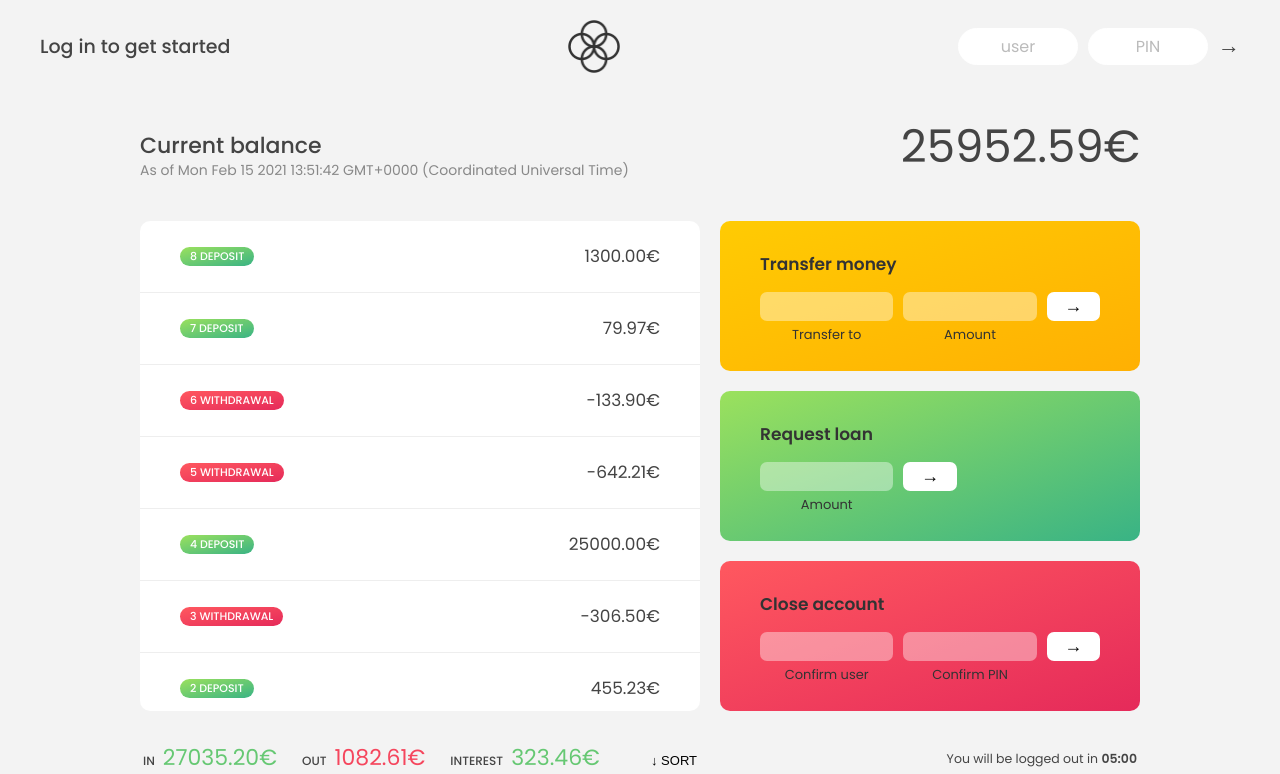
Repository: Samkiroko/Dateas-Number-Timers
Page: starter/index.html
An editor plug-in stored every save of this project. The page is shown before and after the next save, followed by the edit.
The browser window is 1280 px wide. The pictures show the whole page.
An inner scrolling area shows only its first screen.

Above is the page before, as saved 2021-03-20 08:46:55.

### starter/index.html
<!DOCTYPE html>
<html lang="en">
  <head>
    <meta charset="UTF-8" />
    <meta name="viewport" content="width=device-width, initial-scale=1.0" />
    <meta http-equiv="X-UA-Compatible" content="ie=edge" />
    <link rel="shortcut icon" type="image/png" href="/icon.png" />

    <link
      href="https://fonts.googleapis.com/css?family=Poppins:400,500,600&display=swap"
      rel="stylesheet"
    />

    <link rel="stylesheet" href="style.css" />
    <title>Bankist</title>
  </head>
  <body>
    <!-- TOP NAVIGATION -->
    <nav>
      <p class="welcome">Log in to get started</p>
      <img src="logo.png" alt="Logo" class="logo" />
      <form class="login">
        <input
          type="text"
          placeholder="user"
          class="login__input login__input--user"
        />
        <!-- In practice, use type="password" -->
        <input
          type="text"
          placeholder="PIN"
          maxlength="4"
          class="login__input login__input--pin"
        />
        <button class="login__btn">&rarr;</button>
      </form>
    </nav>

    <main class="app">
      <!-- BALANCE -->
      <div class="balance">
        <div>
          <p class="balance__label">Current balance</p>
          <p class="balance__date">
            As of <span class="date">05/03/2037</span>
          </p>
        </div>
        <p class="balance__value">0000€</p>
      </div>

      <!-- MOVEMENTS -->
      <div class="movements">
        <div class="movements__row">
          <div class="movements__type movements__type--deposit">2 deposit</div>
          <div class="movements__date">3 days ago</div>
          <div class="movements__value">4 000€</div>
        </div>
        <div class="movements__row">
          <div class="movements__type movements__type--withdrawal">
            1 withdrawal
          </div>
          <div class="movements__date">24/01/2037</div>
          <div class="movements__value">-378€</div>
        </div>
      </div>

      <!-- SUMMARY -->
      <div class="summary">
        <p class="summary__label">In</p>
        <p class="summary__value summary__value--in">0000€</p>
        <p class="summary__label">Out</p>
        <p class="summary__value summary__value--out">0000€</p>
        <p class="summary__label">Interest</p>
        <p class="summary__value summary__value--interest">0000€</p>
        <button class="btn--sort">&downarrow; SORT</button>
      </div>

      <!-- OPERATION: TRANSFERS -->
      <div class="operation operation--transfer">
        <h2>Transfer money</h2>
        <form class="form form--transfer">
          <input type="text" class="form__input form__input--to" />
          <input type="number" class="form__input form__input--amount" />
          <button class="form__btn form__btn--transfer">&rarr;</button>
          <label class="form__label">Transfer to</label>
          <label class="form__label">Amount</label>
        </form>
      </div>

      <!-- OPERATION: LOAN -->
      <div class="operation operation--loan">
        <h2>Request loan</h2>
        <form class="form form--loan">
          <input type="number" class="form__input form__input--loan-amount" />
          <button class="form__btn form__btn--loan">&rarr;</button>
          <label class="form__label form__label--loan">Amount</label>
        </form>
      </div>

      <!-- OPERATION: CLOSE -->
      <div class="operation operation--close">
        <h2>Close account</h2>
        <form class="form form--close">
          <input type="text" class="form__input form__input--user" />
          <input
            type="password"
            maxlength="6"
            class="form__input form__input--pin"
          />
          <button class="form__btn form__btn--close">&rarr;</button>
          <label class="form__label">Confirm user</label>
          <label class="form__label">Confirm PIN</label>
        </form>
      </div>

      <!-- LOGOUT TIMER -->
      <p class="logout-timer">
        You will be logged out in <span class="timer">05:00</span>
      </p>
    </main>

    <!-- <footer>
      &copy; by Jonas Schmedtmann. Don't claim as your own :)
    </footer> -->

    <script src="script.js"></script>
  </body>
</html>

### starter/style.css
/*
 * Use this CSS to learn some intersting techniques,
 * in case you're wondering how I built the UI.
 * Have fun! 😁
 */

* {
  margin: 0;
  padding: 0;
  box-sizing: inherit;
}

html {
  font-size: 62.5%;
  box-sizing: border-box;
}

body {
  font-family: 'Poppins', sans-serif;
  color: #444;
  background-color: #f3f3f3;
  height: 100vh;
  padding: 2rem;
}

nav {
  display: flex;
  justify-content: space-between;
  align-items: center;
  padding: 0 2rem;
}

.welcome {
  font-size: 1.9rem;
  font-weight: 500;
}

.logo {
  height: 5.25rem;
}

.login {
  display: flex;
}

.login__input {
  border: none;
  padding: 0.5rem 2rem;
  font-size: 1.6rem;
  font-family: inherit;
  text-align: center;
  width: 12rem;
  border-radius: 10rem;
  margin-right: 1rem;
  color: inherit;
  border: 1px solid #fff;
  transition: all 0.3s;
}

.login__input:focus {
  outline: none;
  border: 1px solid #ccc;
}

.login__input::placeholder {
  color: #bbb;
}

.login__btn {
  border: none;
  background: none;
  font-size: 2.2rem;
  color: inherit;
  cursor: pointer;
  transition: all 0.3s;
}

.login__btn:hover,
.login__btn:focus,
.btn--sort:hover,
.btn--sort:focus {
  outline: none;
  color: #777;
}

/* MAIN */
.app {
  position: relative;
  max-width: 100rem;
  margin: 4rem auto;
  display: grid;
  grid-template-columns: 4fr 3fr;
  grid-template-rows: auto repeat(3, 15rem) auto;
  gap: 2rem;

  /* NOTE This creates the fade in/out anumation */
  opacity: 0;
  transition: all 1s;
}

.balance {
  grid-column: 1 / span 2;
  display: flex;
  align-items: flex-end;
  justify-content: space-between;
  margin-bottom: 2rem;
}

.balance__label {
  font-size: 2.2rem;
  font-weight: 500;
  margin-bottom: -0.2rem;
}

.balance__date {
  font-size: 1.4rem;
  color: #888;
}

.balance__value {
  font-size: 4.5rem;
  font-weight: 400;
}

/* MOVEMENTS */
.movements {
  grid-row: 2 / span 3;
  background-color: #fff;
  border-radius: 1rem;
  overflow: scroll;
}

.movements__row {
  padding: 2.25rem 4rem;
  display: flex;
  align-items: center;
  border-bottom: 1px solid #eee;
}

.movements__type {
  font-size: 1.1rem;
  text-transform: uppercase;
  font-weight: 500;
  color: #fff;
  padding: 0.1rem 1rem;
  border-radius: 10rem;
  margin-right: 2rem;
}

.movements__date {
  font-size: 1.1rem;
  text-transform: uppercase;
  font-weight: 500;
  color: #666;
}

.movements__type--deposit {
  background-image: linear-gradient(to top left, #39b385, #9be15d);
}

.movements__type--withdrawal {
  background-image: linear-gradient(to top left, #e52a5a, #ff585f);
}

.movements__value {
  font-size: 1.7rem;
  margin-left: auto;
}

/* SUMMARY */
.summary {
  grid-row: 5 / 6;
  display: flex;
  align-items: baseline;
  padding: 0 0.3rem;
  margin-top: 1rem;
}

.summary__label {
  font-size: 1.2rem;
  font-weight: 500;
  text-transform: uppercase;
  margin-right: 0.8rem;
}

.summary__value {
  font-size: 2.2rem;
  margin-right: 2.5rem;
}

.summary__value--in,
.summary__value--interest {
  color: #66c873;
}

.summary__value--out {
  color: #f5465d;
}

.btn--sort {
  margin-left: auto;
  border: none;
  background: none;
  font-size: 1.3rem;
  font-weight: 500;
  cursor: pointer;
}

/* OPERATIONS */
.operation {
  border-radius: 1rem;
  padding: 3rem 4rem;
  color: #333;
}

.operation--transfer {
  background-image: linear-gradient(to top left, #ffb003, #ffcb03);
}

.operation--loan {
  background-image: linear-gradient(to top left, #39b385, #9be15d);
}

.operation--close {
  background-image: linear-gradient(to top left, #e52a5a, #ff585f);
}

h2 {
  margin-bottom: 1.5rem;
  font-size: 1.7rem;
  font-weight: 600;
  color: #333;
}

.form {
  display: grid;
  grid-template-columns: 2.5fr 2.5fr 1fr;
  grid-template-rows: auto auto;
  gap: 0.4rem 1rem;
}

/* Exceptions for interst */
.form.form--loan {
  grid-template-columns: 2.5fr 1fr 2.5fr;
}
.form__label--loan {
  grid-row: 2;
}
/* End exceptions */

.form__input {
  width: 100%;
  border: none;
  background-color: rgba(255, 255, 255, 0.4);
  font-family: inherit;
  font-size: 1.5rem;
  text-align: center;
  color: #333;
  padding: 0.3rem 1rem;
  border-radius: 0.7rem;
  transition: all 0.3s;
}

.form__input:focus {
  outline: none;
  background-color: rgba(255, 255, 255, 0.6);
}

.form__label {
  font-size: 1.3rem;
  text-align: center;
}

.form__btn {
  border: none;
  border-radius: 0.7rem;
  font-size: 1.8rem;
  background-color: #fff;
  cursor: pointer;
  transition: all 0.3s;
}

.form__btn:focus {
  outline: none;
  background-color: rgba(255, 255, 255, 0.8);
}

.logout-timer {
  padding: 0 0.3rem;
  margin-top: 1.9rem;
  text-align: right;
  font-size: 1.25rem;
}

.timer {
  font-weight: 600;
}

### starter/script.js
'use strict';

/////////////////////////////////////////////////
/////////////////////////////////////////////////
// BANKIST APP

/////////////////////////////////////////////////
// Data

// DIFFERENT DATA! Contains movement dates, currency and locale

const account1 = {
  owner: 'Jonas Schmedtmann',
  movements: [200, 455.23, -306.5, 25000, -642.21, -133.9, 79.97, 1300],
  interestRate: 1.2, // %
  pin: 1111,

  movementsDates: [
    '2019-11-18T21:31:17.178Z',
    '2019-12-23T07:42:02.383Z',
    '2020-01-28T09:15:04.904Z',
    '2020-04-01T10:17:24.185Z',
    '2020-05-08T14:11:59.604Z',
    '2020-05-27T17:01:17.194Z',
    '2020-07-11T23:36:17.929Z',
    '2020-07-12T10:51:36.790Z',
  ],
  currency: 'EUR',
  locale: 'pt-PT', // de-DE
};

const account2 = {
  owner: 'Jessica Davis',
  movements: [5000, 3400, -150, -790, -3210, -1000, 8500, -30],
  interestRate: 1.5,
  pin: 2222,

  movementsDates: [
    '2019-11-01T13:15:33.035Z',
    '2019-11-30T09:48:16.867Z',
    '2019-12-25T06:04:23.907Z',
    '2020-01-25T14:18:46.235Z',
    '2020-02-05T16:33:06.386Z',
    '2020-04-10T14:43:26.374Z',
    '2020-06-25T18:49:59.371Z',
    '2020-07-26T12:01:20.894Z',
  ],
  currency: 'USD',
  locale: 'en-US',
};

const accounts = [account1, account2];

/////////////////////////////////////////////////
// Elements
const labelWelcome = document.querySelector('.welcome');
const labelDate = document.querySelector('.date');
const labelBalance = document.querySelector('.balance__value');
const labelSumIn = document.querySelector('.summary__value--in');
const labelSumOut = document.querySelector('.summary__value--out');
const labelSumInterest = document.querySelector('.summary__value--interest');
const labelTimer = document.querySelector('.timer');

const containerApp = document.querySelector('.app');
const containerMovements = document.querySelector('.movements');

const btnLogin = document.querySelector('.login__btn');
const btnTransfer = document.querySelector('.form__btn--transfer');
const btnLoan = document.querySelector('.form__btn--loan');
const btnClose = document.querySelector('.form__btn--close');
const btnSort = document.querySelector('.btn--sort');

const inputLoginUsername = document.querySelector('.login__input--user');
const inputLoginPin = document.querySelector('.login__input--pin');
const inputTransferTo = document.querySelector('.form__input--to');
const inputTransferAmount = document.querySelector('.form__input--amount');
const inputLoanAmount = document.querySelector('.form__input--loan-amount');
const inputCloseUsername = document.querySelector('.form__input--user');
const inputClosePin = document.querySelector('.form__input--pin');

/////////////////////////////////////////////////
// Functions

const displayMovements = function (movements, sort = false) {
  containerMovements.innerHTML = '';

  const movs = sort ? movements.slice().sort((a, b) => a - b) : movements;

  movs.forEach(function (mov, i) {
    const type = mov > 0 ? 'deposit' : 'withdrawal';

    const html = `
      <div class="movements__row">
        <div class="movements__type movements__type--${type}">${
      i + 1
    } ${type}</div>
        <div class="movements__value">${mov.toFixed(2)}€</div>
      </div>
    `;

    containerMovements.insertAdjacentHTML('afterbegin', html);
  });
};

const calcDisplayBalance = function (acc) {
  acc.balance = acc.movements.reduce((acc, mov) => acc + mov, 0);
  labelBalance.textContent = `${acc.balance.toFixed(2)}€`;
};

const calcDisplaySummary = function (acc) {
  const incomes = acc.movements
    .filter(mov => mov > 0)
    .reduce((acc, mov) => acc + mov, 0);
  labelSumIn.textContent = `${incomes.toFixed(2)}€`;

  const out = acc.movements
    .filter(mov => mov < 0)
    .reduce((acc, mov) => acc + mov, 0);
  labelSumOut.textContent = `${Math.abs(out).toFixed(2)}€`;

  const interest = acc.movements
    .filter(mov => mov > 0)
    .map(deposit => (deposit * acc.interestRate) / 100)
    .filter((int, i, arr) => {
      // console.log(arr);
      return int >= 1;
    })
    .reduce((acc, int) => acc + int, 0);
  labelSumInterest.textContent = `${interest.toFixed(2)}€`;
};

const createUsernames = function (accs) {
  accs.forEach(function (acc) {
    acc.username = acc.owner
      .toLowerCase()
      .split(' ')
      .map(name => name[0])
      .join('');
  });
};
createUsernames(accounts);

const updateUI = function (acc) {
  // Display movements
  displayMovements(acc.movements);

  // Display balance
  calcDisplayBalance(acc);

  // Display summary
  calcDisplaySummary(acc);
};

///////////////////////////////////////
// Event handlers
let currentAccount;

// fake always logged
currentAccount = account1;
updateUI(currentAccount);
containerApp.style.opacity = 100;

const now = new Date();
const day = now.getDate();
const month = now.getMonth();
const year = now.getFullYear();
const hour = now.getHours();
const min = now.getMinutes();
labelDate.textContent = now;

btnLogin.addEventListener('click', function (e) {
  // Prevent form from submitting
  e.preventDefault();

  currentAccount = accounts.find(
    acc => acc.username === inputLoginUsername.value
  );
  console.log(currentAccount);

  if (currentAccount?.pin === +inputLoginPin.value) {
    // Display UI and message
    labelWelcome.textContent = `Welcome back, ${
      currentAccount.owner.split(' ')[0]
    }`;
    containerApp.style.opacity = 100;

    // Clear input fields
    inputLoginUsername.value = inputLoginPin.value = '';
    inputLoginPin.blur();

    // Update UI
    updateUI(currentAccount);
  }
});

btnTransfer.addEventListener('click', function (e) {
  e.preventDefault();
  const amount = +inputTransferAmount.value;
  const receiverAcc = accounts.find(
    acc => acc.username === inputTransferTo.value
  );
  inputTransferAmount.value = inputTransferTo.value = '';

  if (
    amount > 0 &&
    receiverAcc &&
    currentAccount.balance >= amount &&
    receiverAcc?.username !== currentAccount.username
  ) {
    // Doing the transfer
    currentAccount.movements.push(-amount);
    receiverAcc.movements.push(amount);

    // Update UI
    updateUI(currentAccount);
  }
});

btnLoan.addEventListener('click', function (e) {
  e.preventDefault();

  const amount = Math.floor(inputLoanAmount.value);

  if (amount > 0 && currentAccount.movements.some(mov => mov >= amount * 0.1)) {
    // Add movement
    currentAccount.movements.push(amount);

    // Update UI
    updateUI(currentAccount);
  }
  inputLoanAmount.value = '';
});

btnClose.addEventListener('click', function (e) {
  e.preventDefault();

  if (
    inputCloseUsername.value === currentAccount.username &&
    +inputClosePin.value === currentAccount.pin
  ) {
    const index = accounts.findIndex(
      acc => acc.username === currentAccount.username
    );
    console.log(index);
    // .indexOf(23)

    // Delete account
    accounts.splice(index, 1);

    // Hide UI
    containerApp.style.opacity = 0;
  }

  inputCloseUsername.value = inputClosePin.value = '';
});

let sorted = false;
btnSort.addEventListener('click', function (e) {
  e.preventDefault();
  displayMovements(currentAccount.movements, !sorted);
  sorted = !sorted;
});

/////////////////////////////////////////////////
/////////////////////////////////////////////////
// LECTURES
// console.log(23 === 23.0);
// console.log(0.1 + 0.2);
// console.log(Number('23'));
// console.log(+'23');

// //  parsing
// console.log(Number.parseInt('30px', 10));

// console.log(Number.parseFloat('2.5rem'));
// console.log(Number.parseInt('2.5rem'));

// console.log(Number.isFinite('20'));

// // Math and Rounding off
// console.log(Math.sqrt(25));
// console.log(Math.max(5, 3, 7, 5, 3, 5, 3));
// console.log(Math.min(5, 3, 7, 5, 3, 5, 3));

// console.log(Math.PI * Number.parseFloat('10px') ** 2);

// console.log(Math.trunc(Math.random() * 6) + 1);

// const ramdomInt = (min, max) =>
//   Math.floor(Math.random() * (max - min) + 1) + min;

// console.log(ramdomInt(10, 20));

// //  Rounding integers
// console.log(Math.trunc(23.3));
// console.log(Math.ceil(23.3));
// console.log(Math.floor(23.3));

// // Rounding decimals
// console.log((2.7).toFixed(0));
// console.log((2.7).toFixed(3));
// console.log((2.7).toFixed(2));

// //  reminder operator
// console.log(5 % 2); //reminder 1

// //  check even or odd
// const isEven = n => n % 2 === 0;

// console.log(isEven(2));
// console.log(isEven(111));

// labelBalance.addEventListener('click', function () {
//   [...document.querySelectorAll('.movements__row')].forEach(function (row, i) {
//     if (i % 2 === 0) row.style.backgroundColor = 'aqua';
//     if (i % 3 === 0) row.style.backgroundColor = 'purple';
//   });
// });

// // nth choosing use the reminder
// // big inti
// console.log(2 ** 53 - 1);
// console.log(Number.Max_SAFE_INTEGER);
// console.log(565633565766766767676574n);
// console.log(BigInt(45466565656565464));

// console.log(1000n * 10000n);

// create a date
// const now = new Date();
// console.log(now);

// console.log(new Date('December 24, 2015'));

// console.log(new Date(account1.movementsDates[0]));

// console.log(new Date(2037, 10, 19, 15, 23, 5));
// console.log(new Date(0));
// console.log(new Date(3 * 24 * 60 * 60 * 1000));

const future = new Date(2037, 10, 19, 15, 10);
console.log(future);
console.log(future.getFullYear());
console.log(future.getMonth());
console.log(future.getDate());
console.log(future.getDay());
console.log(future.getMinutes());
console.log(future.toISOString());
console.log(future.getTime());

console.log(Date.now());
future.setFullYear(2040);
console.log(future);

After the next save:
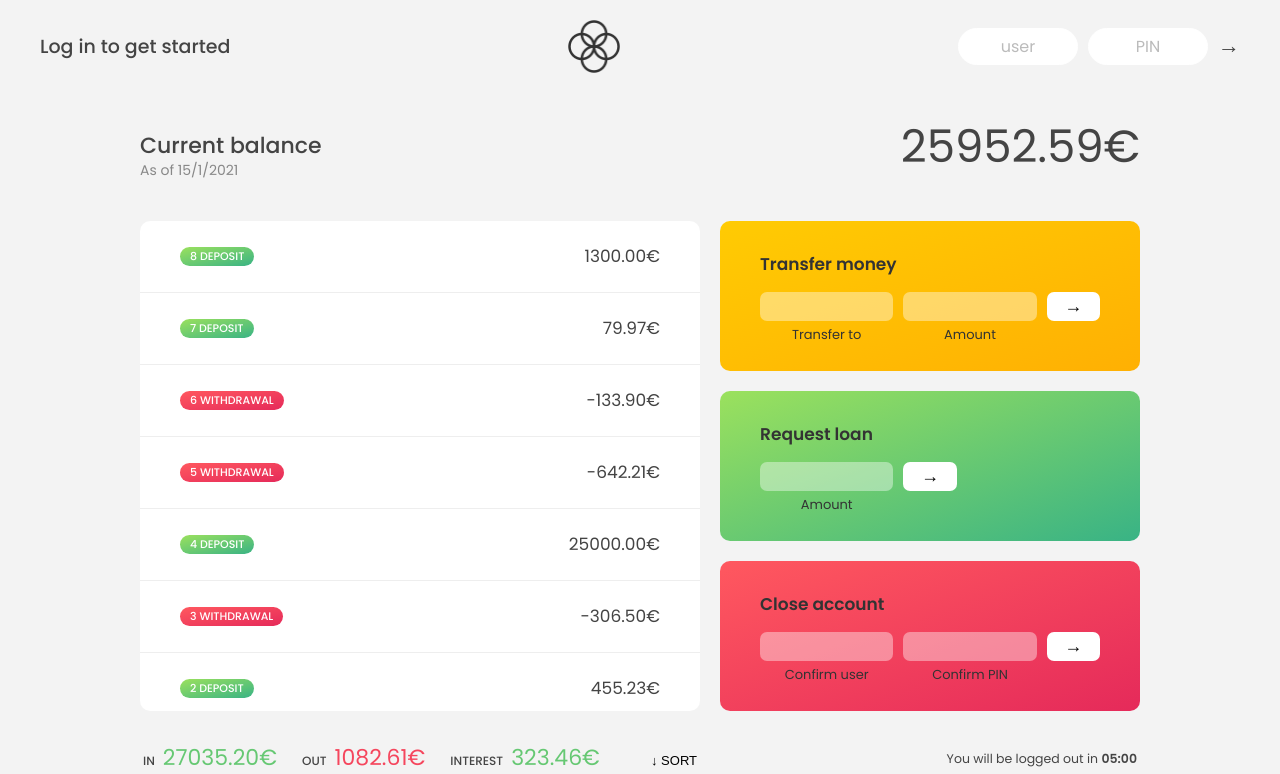
Saved 91 s later.
--- a/starter/script.js
+++ b/starter/script.js
@@ -166,7 +166,7 @@
 const year = now.getFullYear();
 const hour = now.getHours();
 const min = now.getMinutes();
-labelDate.textContent = now;
+labelDate.textContent = `${day}/${month}/${year}`;
 
 btnLogin.addEventListener('click', function (e) {
   // Prevent form from submitting
